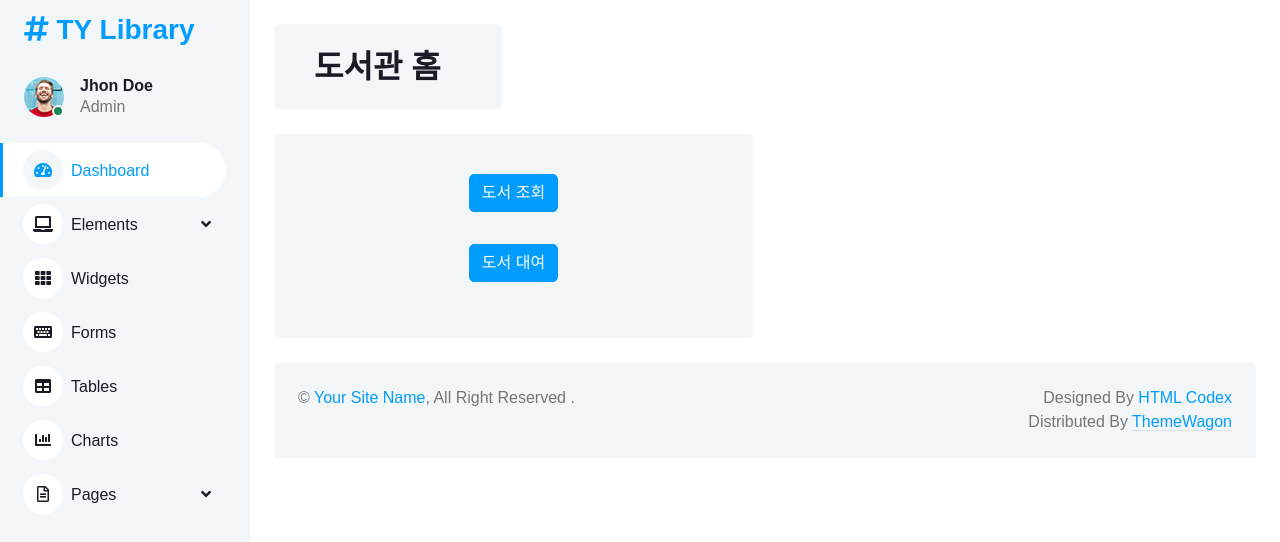
Repository: maryong2/myfirstgitproject
Page: http://localhost/library/WEB-INF/views/admin/user-home.jsp
An editor plug-in stored every save of this project. The page is shown before and after the next save, followed by the edit.
The browser window is 1280 px wide. The pictures show the whole page.
Some web fonts or font styles are not loaded; a fallback is used. Some web libraries are served in a nearby version. The page is served by Tomcat 9. Nobody is signed in. The template is opened directly, without the code that normally fills it, so the values that code supplies are empty.

Above is the page before, as saved 2023-11-27 02:14:09.
Console error: TypeError: Cannot read properties of undefined (reading 'getContext')

After the next save:
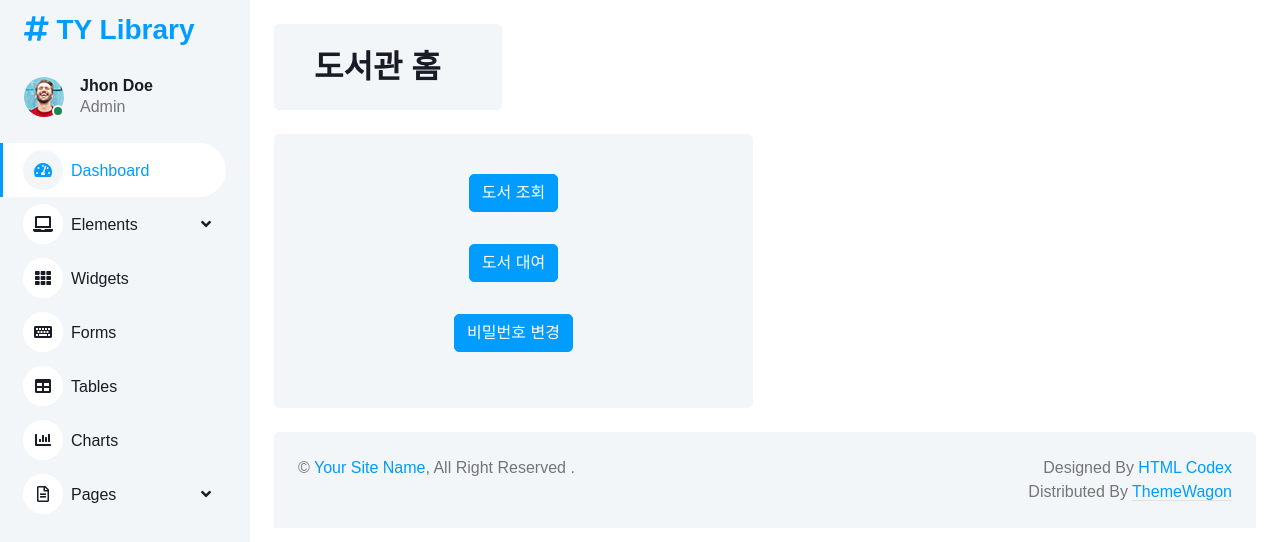
Saved 81 s later.
--- a/library/src/main/webapp/WEB-INF/views/admin/user-home.jsp
+++ b/library/src/main/webapp/WEB-INF/views/admin/user-home.jsp
@@ -155,13 +155,7 @@
 										</td>
 
 									</tr>
-									<!-- <tr>
-
-										<td>
-											<button type="button" class="btn btn-primary m-2"
-												onclick="goPost('rent')">도서 대여</button>
-										</td>
-									</tr> -->
+
 									<tr>
 
 
@@ -170,6 +164,13 @@
 												onclick="goPost('return')">도서 대여</button>
 										</td>
 
+									</tr>
+									<tr>
+
+										<td>
+											<button type="button" class="btn btn-primary m-2"
+												onclick="go('passwordRest')">비밀번호 변경</button>
+										</td>
 									</tr>
 								</tbody>
 							</table>
@@ -188,9 +189,8 @@
 				<div class="bg-light rounded-top p-4">
 					<div class="row">
 						<div class="col-12 col-sm-6 text-center text-sm-start">
-							&copy; <a href="#">Your Site Name</a>, All Right
-							Reserved
-							<span id="out">.</span>
+							&copy; <a href="#">Your Site Name</a>, All Right Reserved <span
+								id="out">.</span>
 						</div>
 						<div class="col-12 col-sm-6 text-center text-sm-end">
 							<!--/*** This template is free as long as you keep the footer author’s credit link/attribution link/backlink. If you'd like to use the template without the footer author’s credit link/attribution link/backlink, you can purchase the Credit Removal License from "https://htmlcodex.com/credit-removal". Thank you for your support. ***/-->
